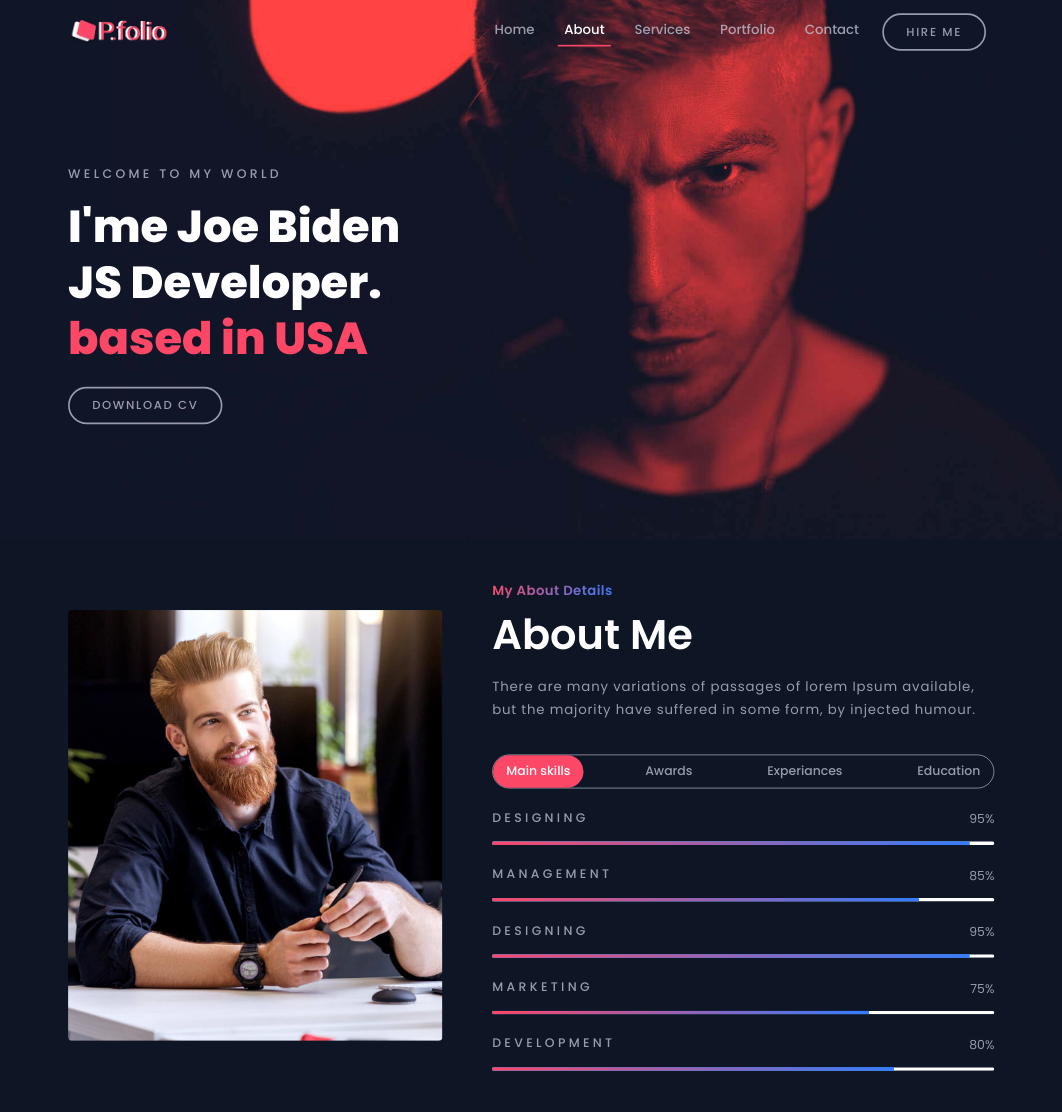
Repository: wadelfadill/Bootstrap_tache_3_responsive_portfolio
Page: index.html
These files come from the project's save history. The page is drawn as it stood at one moment and after the next save; the edit follows.
The browser window is 1280 px wide. The pictures show the whole page, at 83% of full size.
Backgrounds fixed to the window are drawn as part of the page. Some web libraries are served in a nearby version.

Above is the page before, as saved 2023-04-11 10:57:20.

After the next save:
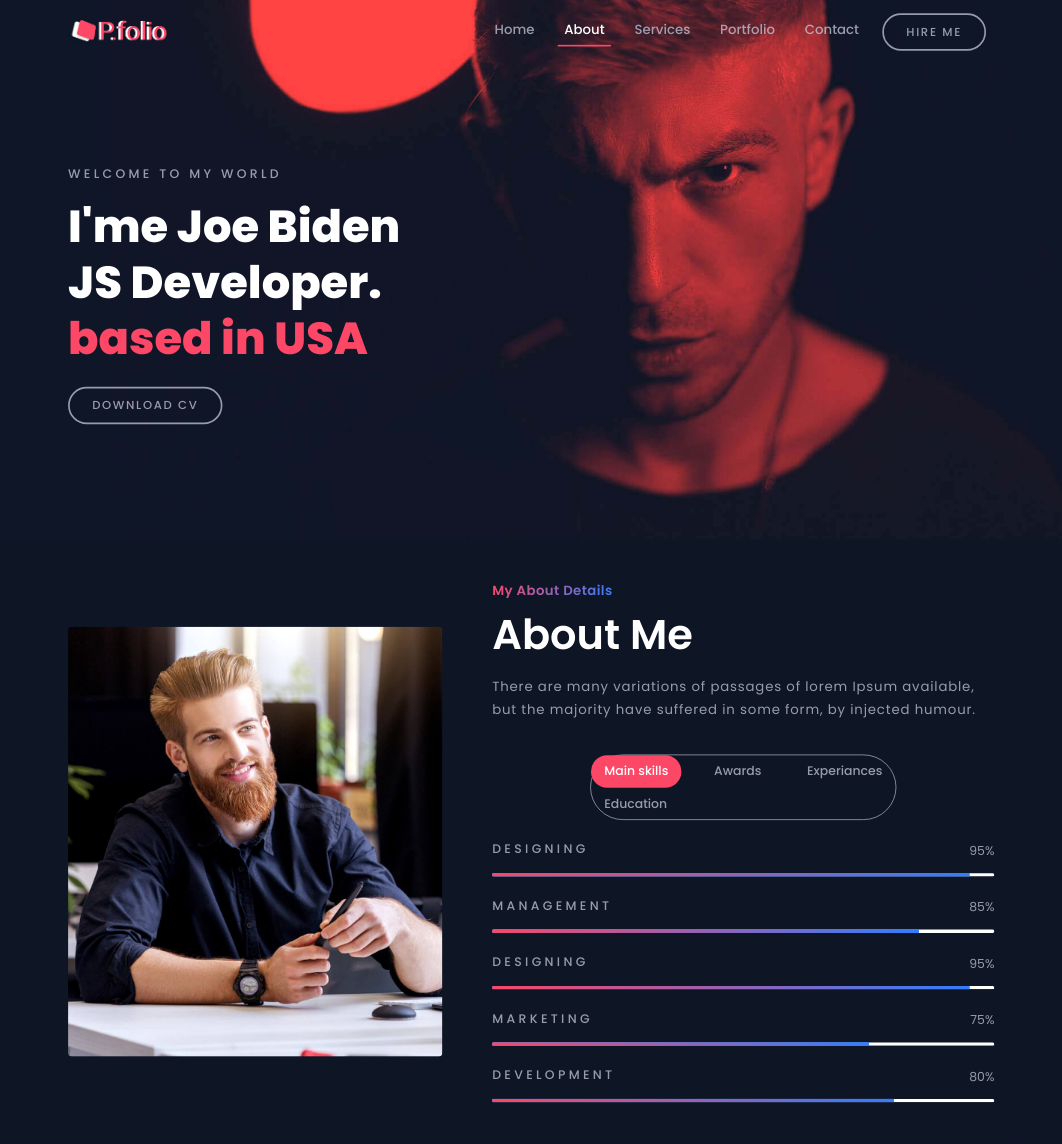
Saved 3 min 26 s later.
--- a/css/style.css
+++ b/css/style.css
@@ -273,3 +273,7 @@ button{
     display: block;
     color: var(--text-gray);
 }
+.about_wrapper ul.nav-pills{
+    width: 61%;
+    margin: auto;
+}
